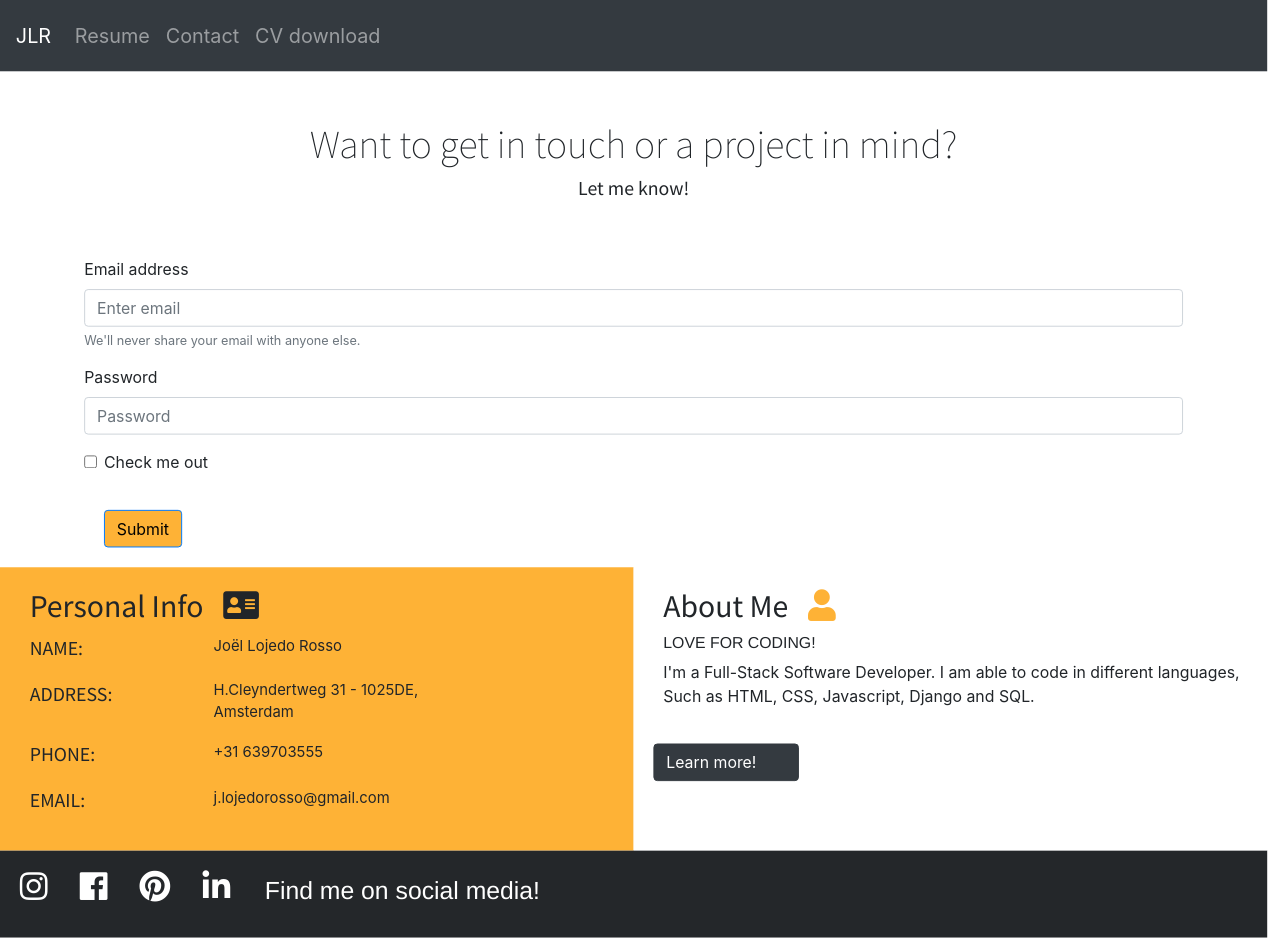
Repository: Kawaiisaki/Portfolio-site
Page: contact.html
The author's editor kept a record of every edit. The page is drawn from the files as they stood at one moment, then again after the next edit.
The browser window is 1280 px wide. The page is 1295 px wide, so the pictures cover 1295 px, including what lies to the right of the window. The pictures show the whole page, at 99% of full size.
Some web libraries are served in a nearby version.

Above is the page before.

After the next edit:
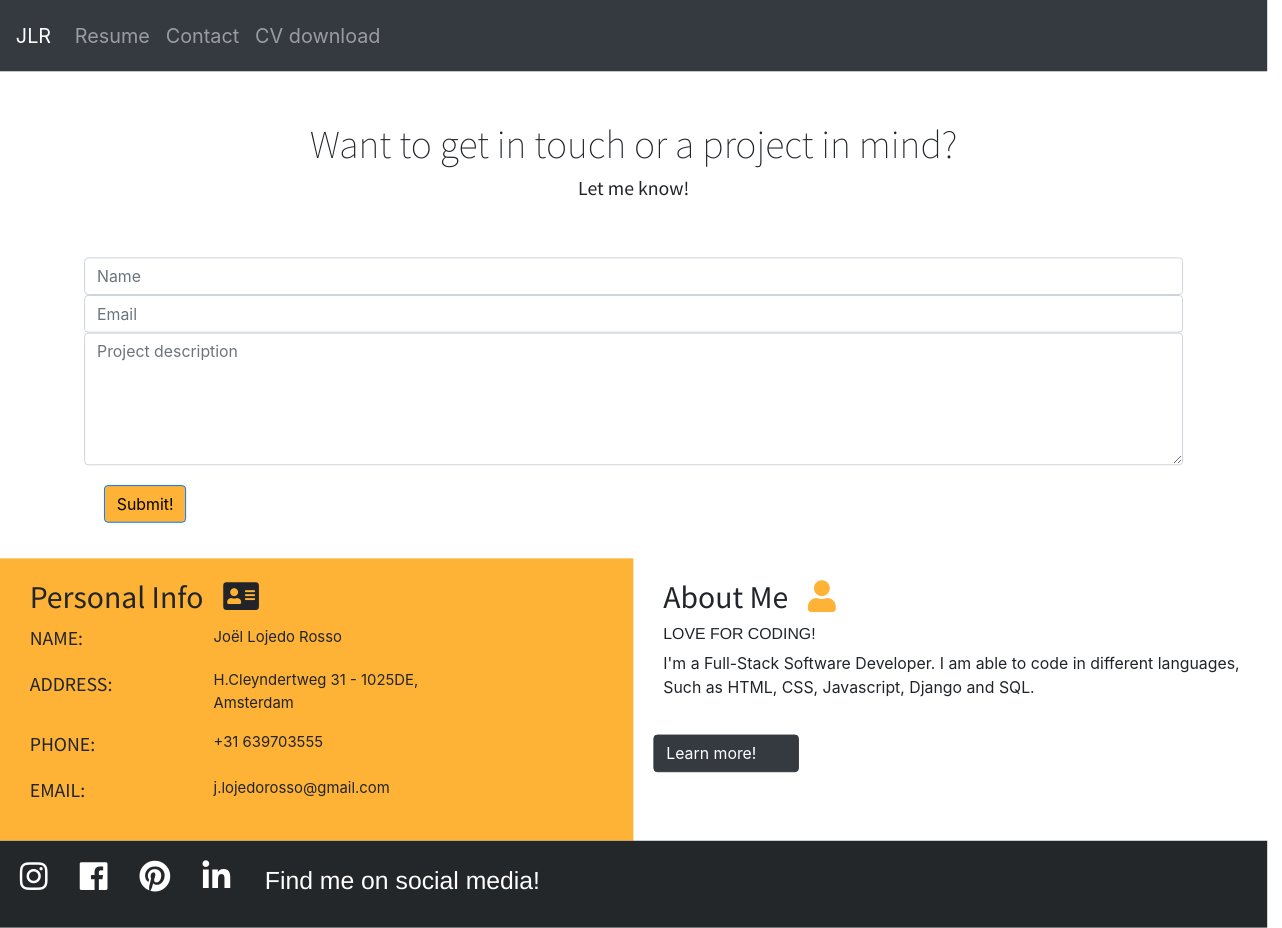
The edit:
--- a/contact.html
+++ b/contact.html
@@ -45,19 +45,11 @@
         </div>
         <form class="container">
             <div class="form-group">
-                <label for="exampleInputEmail1">Email address</label>
-                <input type="email" class="form-control" id="exampleInputEmail1" aria-describedby="emailHelp" placeholder="Enter email">
-                <small id="emailHelp" class="form-text text-muted">We'll never share your email with anyone else.</small>
+                <input type="text" name="fullname" class="form-control" placeholder="Name" required/>
+                <input type="email" name="email" id="emailaddress" class="form-control" placeholder="Email" required/>
+                <textarea rows="5" name="projectsummary" id="projectsummary" class="form-control" placeholder="Project description" required></textarea>
+                <button type="submit" class="btn btn-primary">Submit!</button>
             </div>
-            <div class="form-group">
-                <label for="exampleInputPassword1">Password</label>
-                <input type="password" class="form-control" id="exampleInputPassword1" placeholder="Password">
-            </div>
-            <div class="form-group form-check">
-                <input type="checkbox" class="form-check-input" id="exampleCheck1">
-                <label class="form-check-label" for="exampleCheck1">Check me out</label>
-            </div>
-            <button type="submit" class="btn btn-primary">Submit</button>
         </form>
     </header>
     <section>
